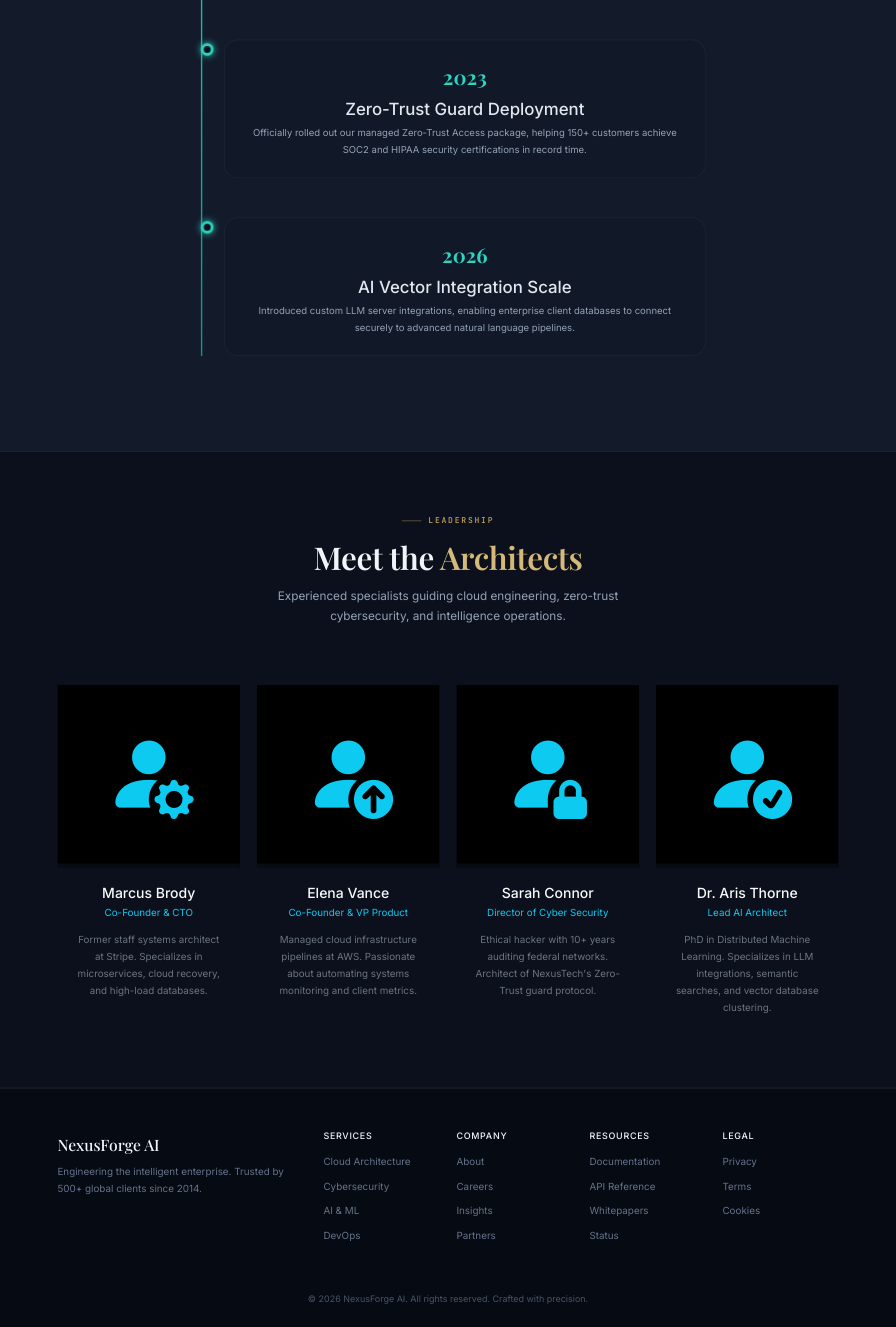
Repository: ruzni-dev/project-showcase
Page: pages/52-IT-Solutions-Website/pages/about.html
These files come from the project's save history. The page is drawn as it stood at one moment and after the next save; the edit follows.
The browser window is 1280 px wide. The pictures show the part of the page from y = 1492 to 3412 px (the page is 3388 px tall before and 3412 px after), at 70% of full size.
Some web fonts or font styles are not loaded; a fallback is used.

Above is the page before, as saved 2026-05-24 22:31:46.

### pages/52-IT-Solutions-Website/pages/about.html
<!DOCTYPE html>
<html lang="en">
<head>
    <meta charset="UTF-8">
    <meta name="viewport" content="width=device-width, initial-scale=1.0">
    <title>NexusForge AI — Premium IT Solutions & Intelligent Automation</title>
    <link rel="icon" type="image/svg+xml" href="../assets/images/favicon.svg">
    <link rel="apple-touch-icon" href="../assets/images/favicon.svg">

    <!-- Bootstrap 5.3 CSS -->
    <link href="https://cdn.jsdelivr.net/npm/bootstrap@5.3.2/dist/css/bootstrap.min.css" rel="stylesheet">
    <!-- Bootstrap Icons -->
    <link href="https://cdn.jsdelivr.net/npm/bootstrap-icons@1.11.3/font/bootstrap-icons.css" rel="stylesheet">
    <!-- Google Fonts: Premium Typography -->
    <link href="https://fonts.googleapis.com/css2?family=Inter:wght@300;400;500;600;700;800;900&family=Playfair+Display:ital,wght@0,500;0,600;0,700;1,500&family=JetBrains+Mono:wght@400;500;600&display=swap" rel="stylesheet">
    <!-- AOS Animation -->
    <link href="https://unpkg.com/aos@2.3.1/dist/aos.css" rel="stylesheet">
    <!-- Custom Theme CSS -->
    <link href="../assets/css/style.css" rel="stylesheet">
</head>
<body>

    <!-- ==================== NAVBAR ==================== -->
    <nav class="navbar navbar-expand-lg fixed-top" id="mainNav">
        <div class="container">
            <a class="navbar-brand" href="../index.html">
                <div class="brand-mark"><i class="bi bi-cpu-fill"></i></div>
                <span>NexusForge AI</span>
            </a>
            <button class="navbar-toggler" type="button" data-bs-toggle="collapse" data-bs-target="#navContent">
                <span class="navbar-toggler-icon"></span>
            </button>
            <div class="collapse navbar-collapse" id="navContent">
                <ul class="navbar-nav mx-auto mb-2 mb-lg-0 gap-1">
                    <li class="nav-item"><a class="nav-link" href="../index.html" data-page="home">Home</a></li>
                    <li class="nav-item"><a class="nav-link active" href="about.html#about" data-page="about">About</a></li>
                    <li class="nav-item"><a class="nav-link" href="services.html" data-page="services">Services</a></li>
                    <li class="nav-item"><a class="nav-link" href="portfolio.html" data-page="portfolio">Portfolio</a></li>
                    <li class="nav-item"><a class="nav-link" href="ai-solutions.html" data-page="ai-solutions">AI Solutions</a></li>
                    <li class="nav-item"><a class="nav-link" href="contact.html" data-page="contact">Contact</a></li>
                </ul>
                <a href="#contact" class="btn-nav">Start a Project <i class="bi bi-arrow-right ms-1"></i></a>
            </div>
        </div>
    </nav>

    <!-- ==================== PAGE 2: ABOUT ==================== -->
    <section class="page-section dark-page" id="about">
        <div class="container">
            <div class="row align-items-center g-5">
                <div class="col-lg-5" data-aos="fade-right" data-aos-duration="900">
                    <span class="section-eyebrow">Our Story</span>
                    <h2 class="section-title">A decade of <span class="accent">excellence</span> in technology consulting</h2>
                    <p class="section-subtitle">
                        Founded in 2014 by a team of MIT and Stanford engineers, NexusForge AI has grown from a boutique consultancy into a global technology partner. We combine deep technical expertise with strategic vision to solve the most complex challenges.
                    </p>
                    <div class="d-flex gap-4 mt-4 flex-wrap">
                        <div><strong style="font-size:1.6rem;color:#f1f5f9;">280+</strong><br><small style="color:var(--slate-500);">Engineers & Data Scientists</small></div>
                        <div><strong style="font-size:1.6rem;color:#f1f5f9;">12</strong><br><small style="color:var(--slate-500);">Global Offices</small></div>
                        <div><strong style="font-size:1.6rem;color:#f1f5f9;">40+</strong><br><small style="color:var(--slate-500);">Countries Served</small></div>
                    </div>
                </div>
                <div class="col-lg-7" data-aos="fade-left" data-aos-duration="1000">
                    <div class="row g-3">
                        <div class="col-6">
                            <div style="background:var(--bg-card);border:1px solid var(--border-subtle);border-radius:var(--radius-md);padding:20px;text-align:center;">
                                <i class="bi bi-trophy-fill" style="font-size:2rem;color:var(--gold);"></i>
                                <h6 class="mt-2" style="color:#f1f5f9;">Forbes Tech Council</h6>
                                <small style="color:var(--slate-500);">Member since 2019</small>
                            </div>
                        </div>
                        <div class="col-6">
                            <div style="background:var(--bg-card);border:1px solid var(--border-subtle);border-radius:var(--radius-md);padding:20px;text-align:center;">
                                <i class="bi bi-shield-check-fill" style="font-size:2rem;color:var(--teal);"></i>
                                <h6 class="mt-2" style="color:#f1f5f9;">ISO 27001 Certified</h6>
                                <small style="color:var(--slate-500);">Security Excellence</small>
                            </div>
                        </div>
                        <div class="col-6">
                            <div style="background:var(--bg-card);border:1px solid var(--border-subtle);border-radius:var(--radius-md);padding:20px;text-align:center;">
                                <i class="bi bi-award-fill" style="font-size:2rem;color:var(--gold-light);"></i>
                                <h6 class="mt-2" style="color:#f1f5f9;">Gartner Recognized</h6>
                                <small style="color:var(--slate-500);">AI Consultancy Leader</small>
                            </div>
                        </div>
                        <div class="col-6">
                            <div style="background:var(--bg-card);border:1px solid var(--border-subtle);border-radius:var(--radius-md);padding:20px;text-align:center;">
                                <i class="bi bi-globe2" style="font-size:2rem;color:var(--teal);"></i>
                                <h6 class="mt-2" style="color:#f1f5f9;">Global Delivery</h6>
                                <small style="color:var(--slate-500);">24/7 Operations</small>
                            </div>
                        </div>
                    </div>
                </div>
            </div>
        </div>
    </section>

    <!-- Company History Timeline -->
    <section class="page-section elevated-page" id="about">
        <div class="container" id="history">
            <div class="section-header-centered" data-aos="fade-up">
                <span class="section-eyebrow">Milestones</span>
                <h2 class="section-title">Our <span class="accent-teal">Journey</span></h2>
                <p class="section-subtitle">From a shared home office to scaling worldwide digital systems.</p>
            </div>
            <div class="row justify-content-center mt-5">
                <div class="col-lg-8">
                    <div class="timeline">
                        <div class="timeline-item" data-aos="zoom-in" data-aos-delay="0">
                            <div class="timeline-dot"></div>
                            <div class="ai-tool-card-premium">
                                <div class="timeline-year">2019</div>
                                <h4>Founded in San Francisco</h4>
                                <p>
                                    Started by Marcus Brody and Elena Vance as a specialized consulting agency troubleshooting server load crashes for early-stage fintech products.
                                </p>
                            </div>
                        </div>
                        <div class="timeline-item" data-aos="zoom-in" data-aos-delay="100">
                            <div class="timeline-dot"></div>
                            <div class="ai-tool-card-premium">
                                <div class="timeline-year">2021</div>
                                <h4>Infrastructual Automation Release</h4>
                                <p>
                                    Developed proprietary server-monitoring microagents, lowering average client incident resolution time from 3 hours to 12 minutes.
                                </p>
                            </div>
                        </div>
                        <div class="timeline-item" data-aos="zoom-in" data-aos-delay="200">
                            <div class="timeline-dot"></div>
                            <div class="ai-tool-card-premium">
                                <div class="timeline-year">2023</div>
                                <h4>Zero-Trust Guard Deployment</h4>
                                <p>
                                    Officially rolled out our managed Zero-Trust Access package, helping 150+ customers achieve SOC2 and HIPAA security certifications in record time.
                                </p>
                            </div>
                        </div>
                        <div class="timeline-item" data-aos="zoom-in" data-aos-delay="300">
                            <div class="timeline-dot"></div>
                            <div class="ai-tool-card-premium">
                                <div class="timeline-year">2026</div>
                                <h4>AI Vector Integration Scale</h4>
                                <p>
                                    Introduced custom LLM server integrations, enabling enterprise client databases to connect securely to advanced natural language pipelines.
                                </p>
                            </div>
                        </div>
                    </div>
                </div>
            </div>
        </div>
    </section>

    <!-- Team Grid Section -->
    <section class="page-section dark-page" id="about">
        <div class="container" id="team">
            <div class="section-header-centered" data-aos="fade-up">
                <span class="section-eyebrow">Leadership</span>
                <h2 class="section-title">Meet the <span class="accent">Architects</span></h2>
                <p class="section-subtitle">Experienced specialists guiding cloud engineering, zero-trust cybersecurity, and intelligence operations.</p>
            </div>
            <div class="row g-4 mt-4">
                <!-- Member 1 -->
                <div class="col-xl-3 col-md-6">
                    <div class="team-card h-100">
                        <div class="team-img-wrapper text-center bg-black bg-opacity-30 d-flex align-items-center justify-content-center py-5">
                            <!-- Inline Premium Avatar Icon Graphic -->
                            <i class="bi bi-person-fill-gear text-info" style="font-size: 8rem;"></i>
                            <div class="team-socials">
                                <a href="#" class="team-social-link"><i class="bi bi-linkedin"></i></a>
                                <a href="#" class="team-social-link"><i class="bi bi-github"></i></a>
                                <a href="#" class="team-social-link"><i class="bi bi-twitter-x"></i></a>
                            </div>
                        </div>
                        <div class="p-4 text-center">
                            <h5 class="mb-1 text-light">Marcus Brody</h5>
                            <p class="text-info small mb-3">Co-Founder & CTO</p>
                            <p class="text-secondary small mb-0">Former staff systems architect at Stripe. Specializes in microservices, cloud recovery, and high-load databases.</p>
                        </div>
                    </div>
                </div>

                <!-- Member 2 -->
                <div class="col-xl-3 col-md-6">
                    <div class="team-card h-100">
                        <div class="team-img-wrapper text-center bg-black bg-opacity-30 d-flex align-items-center justify-content-center py-5">
                            <i class="bi bi-person-fill-up text-info" style="font-size: 8rem;"></i>
                            <div class="team-socials">
                                <a href="#" class="team-social-link"><i class="bi bi-linkedin"></i></a>
                                <a href="#" class="team-social-link"><i class="bi bi-twitter-x"></i></a>
                            </div>
                        </div>
                        <div class="p-4 text-center">
                            <h5 class="mb-1 text-light">Elena Vance</h5>
                            <p class="text-info small mb-3">Co-Founder & VP Product</p>
                            <p class="text-secondary small mb-0">Managed cloud infrastructure pipelines at AWS. Passionate about automating systems monitoring and client metrics.</p>
                        </div>
                    </div>
                </div>

                <!-- Member 3 -->
                <div class="col-xl-3 col-md-6">
                <div class="team-card h-100">
                    <div class="team-img-wrapper text-center bg-black bg-opacity-30 d-flex align-items-center justify-content-center py-5">
                    <i class="bi bi-person-fill-lock text-info" style="font-size: 8rem;"></i>
                    <div class="team-socials">
                        <a href="#" class="team-social-link"><i class="bi bi-linkedin"></i></a>
                        <a href="#" class="team-social-link"><i class="bi bi-github"></i></a>
                    </div>
                    </div>
                    <div class="p-4 text-center">
                    <h5 class="mb-1 text-light">Sarah Connor</h5>
                    <p class="text-info small mb-3">Director of Cyber Security</p>
                    <p class="text-secondary small mb-0">Ethical hacker with 10+ years auditing federal networks. Architect of NexusTech's Zero-Trust guard protocol.</p>
                    </div>
                </div>
                </div>

                <!-- Member 4 -->
                <div class="col-xl-3 col-md-6">
                <div class="team-card h-100">
                    <div class="team-img-wrapper text-center bg-black bg-opacity-30 d-flex align-items-center justify-content-center py-5">
                    <i class="bi bi-person-fill-check text-info" style="font-size: 8rem;"></i>
                    <div class="team-socials">
                        <a href="#" class="team-social-link"><i class="bi bi-linkedin"></i></a>
                        <a href="#" class="team-social-link"><i class="bi bi-github"></i></a>
                    </div>
                    </div>
                    <div class="p-4 text-center">
                    <h5 class="mb-1 text-light">Dr. Aris Thorne</h5>
                    <p class="text-info small mb-3">Lead AI Architect</p>
                    <p class="text-secondary small mb-0">PhD in Distributed Machine Learning. Specializes in LLM integrations, semantic searches, and vector database clustering.</p>
                    </div>
                </div>
                </div>

            </div>
        </div>
    </section>

    <!-- ==================== FOOTER ==================== -->
    <footer class="footer-premium">
        <div class="container">
            <div class="row g-4">
                <div class="col-lg-4 mb-3">
                    <a class="footer-brand" href="#home">NexusForge AI</a>
                    <p style="color:var(--slate-500);font-size:0.88rem;margin-top:8px;">Engineering the intelligent enterprise. Trusted by 500+ global clients since 2014.</p>
                </div>
                <div class="col-6 col-md-3 col-lg-2">
                    <h6 style="color:#f1f5f9;font-size:0.8rem;text-transform:uppercase;letter-spacing:1px;margin-bottom:14px;">Services</h6>
                    <ul class="footer-links">
                        <li><a href="#">Cloud Architecture</a></li>
                        <li><a href="#">Cybersecurity</a></li>
                        <li><a href="#">AI & ML</a></li>
                        <li><a href="#">DevOps</a></li>
                    </ul>
                </div>
                <div class="col-6 col-md-3 col-lg-2">
                    <h6 style="color:#f1f5f9;font-size:0.8rem;text-transform:uppercase;letter-spacing:1px;margin-bottom:14px;">Company</h6>
                    <ul class="footer-links">
                        <li><a href="#about">About</a></li>
                        <li><a href="#">Careers</a></li>
                        <li><a href="#">Insights</a></li>
                        <li><a href="#">Partners</a></li>
                    </ul>
                </div>
                <div class="col-6 col-md-3 col-lg-2">
                    <h6 style="color:#f1f5f9;font-size:0.8rem;text-transform:uppercase;letter-spacing:1px;margin-bottom:14px;">Resources</h6>
                    <ul class="footer-links">
                        <li><a href="#">Documentation</a></li>
                        <li><a href="#">API Reference</a></li>
                        <li><a href="#">Whitepapers</a></li>
                        <li><a href="#">Status</a></li>
                    </ul>
                </div>
                <div class="col-6 col-md-3 col-lg-2">
                    <h6 style="color:#f1f5f9;font-size:0.8rem;text-transform:uppercase;letter-spacing:1px;margin-bottom:14px;">Legal</h6>
                    <ul class="footer-links">
                        <li><a href="#">Privacy</a></li>
                        <li><a href="#">Terms</a></li>
                        <li><a href="#">Cookies</a></li>
                    </ul>
                </div>
            </div>
            <hr style="border-color:rgba(255,255,255,0.05);margin:30px 0 20px;">
            <div class="text-center" style="color:var(--slate-600);font-size:0.8rem;">
                &copy; 2026 NexusForge AI. All rights reserved. Crafted with precision.
            </div>
        </div>
    </footer>

    <!-- ==================== AI CHAT WIDGET ==================== -->
    <div class="ai-chat-fab" id="aiChatFab">
        <div class="chat-panel" id="chatPanel">
            <div class="chat-panel-header">
                <span class="online-dot"></span>
                <strong>Nexus AI Assistant</strong>
                <small style="opacity:0.6;margin-left:auto;font-size:0.7rem;">GPT-4o</small>
                <button style="background:none;border:none;color:#fff;cursor:pointer;font-size:1.1rem;margin-left:8px;" onclick="toggleChatPanel()"><i class="bi bi-x-lg"></i></button>
            </div>
            <div class="chat-messages" id="chatMessages">
                <div class="chat-msg bot">
                    👋 Welcome to NexusForge AI. I'm your dedicated assistant. How may I help you today? You can ask about our services, case studies, or request a consultation.
                </div>
            </div>
            <div class="chat-input-row">
                <input type="text" id="chatInputField" placeholder="Type your message..." onkeypress="if(event.key==='Enter')sendPremiumChat()">
                <button onclick="sendPremiumChat()"><i class="bi bi-send-fill"></i></button>
            </div>
        </div>
        <button class="chat-fab-btn" onclick="toggleChatPanel()" id="chatFabBtn">
            <i class="bi bi-robot"></i>
            <span class="pulse-ring"></span>
        </button>
    </div>

    <!-- ==================== SCRIPTS ==================== -->
    <script src="https://cdn.jsdelivr.net/npm/bootstrap@5.3.2/dist/js/bootstrap.bundle.min.js"></script>
    <script src="https://unpkg.com/aos@2.3.1/dist/aos.js"></script>
    <script src="../assets/js/script.js"></script>
</body>
</html>

Loaded but not shown: pages/52-IT-Solutions-Website/assets/js/script.js (231 lines, source omitted); pages/52-IT-Solutions-Website/assets/css/style.css (1243 lines, source omitted)

After the next save:
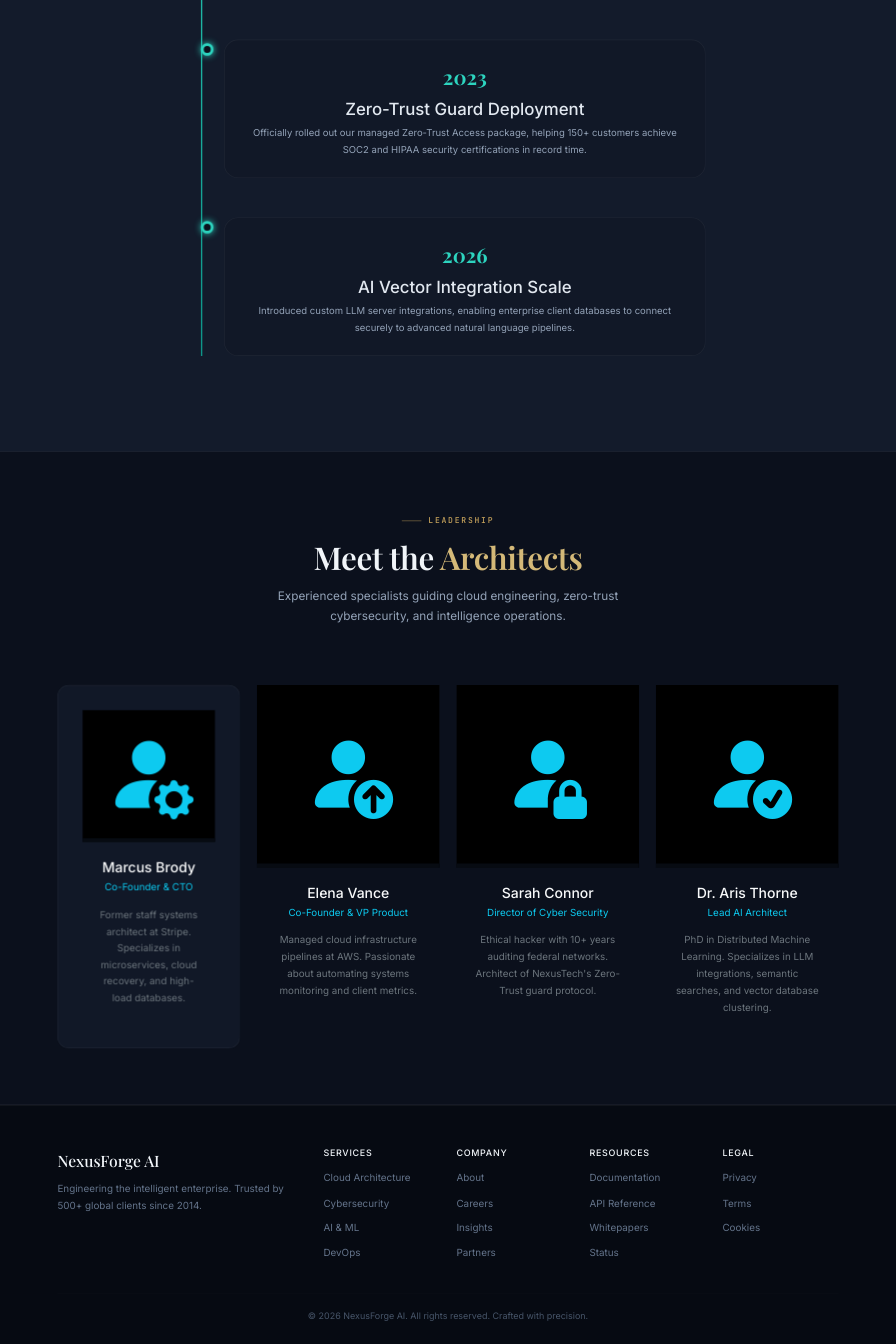
Saved 15 s later.
--- a/pages/52-IT-Solutions-Website/pages/about.html
+++ b/pages/52-IT-Solutions-Website/pages/about.html
@@ -164,7 +164,7 @@
             <div class="row g-4 mt-4">
                 <!-- Member 1 -->
                 <div class="col-xl-3 col-md-6">
-                    <div class="team-card h-100">
+                    <div class="team-card glass-card h-100">
                         <div class="team-img-wrapper text-center bg-black bg-opacity-30 d-flex align-items-center justify-content-center py-5">
                             <!-- Inline Premium Avatar Icon Graphic -->
                             <i class="bi bi-person-fill-gear text-info" style="font-size: 8rem;"></i>
